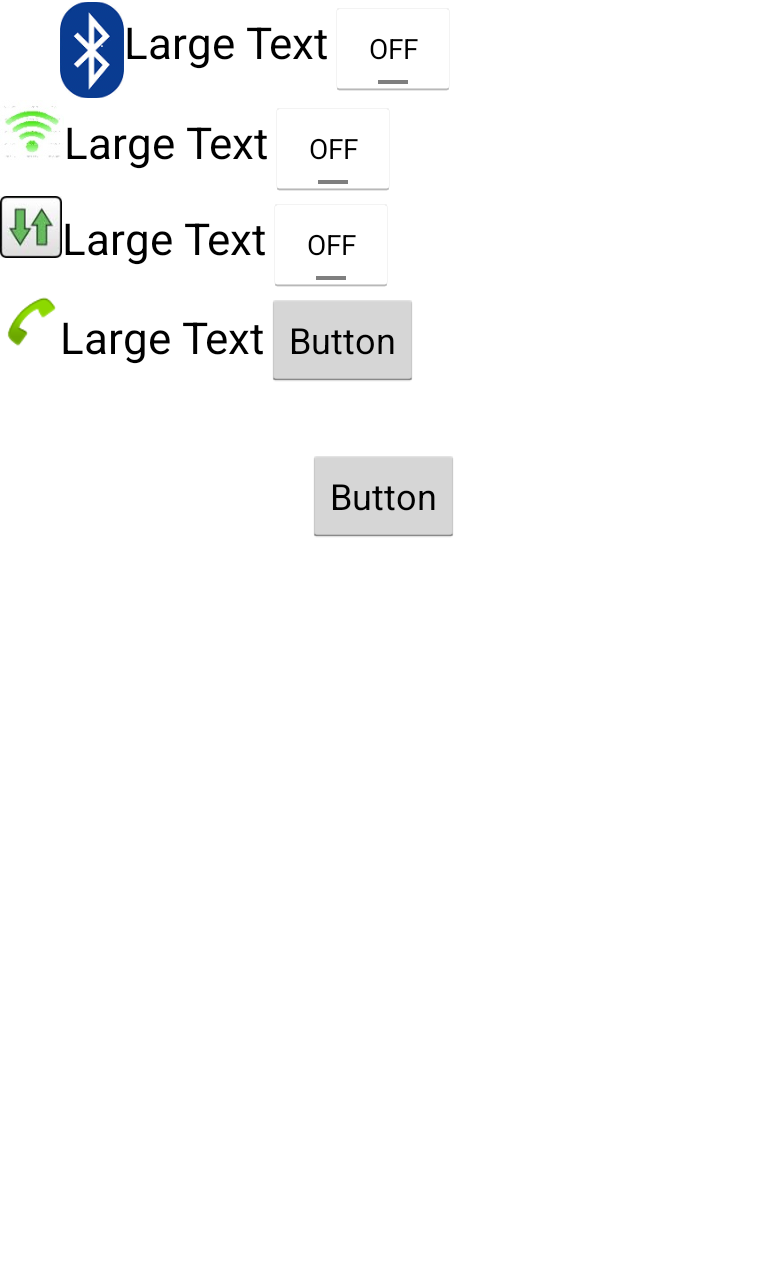
Repository: born2behappy18/meetingMiliue
Layout: MeetingMileu/res/layout/toggle.xml
These files come from the project's save history. The layout is drawn as it stood at one moment and after the next save; the edit follows.
It is drawn on a 768 x 1280 px phone screen (xhdpi) without system bars, with theme AppTheme; the app's code is not run.

Above is the layout before, as saved 2015-10-13 10:53:06.

### MeetingMileu/res/layout/toggle.xml
<?xml version="1.0" encoding="utf-8"?>
<LinearLayout xmlns:android="http://schemas.android.com/apk/res/android"
    android:layout_width="match_parent"
    android:layout_height="match_parent"
    android:orientation="vertical" >

<LinearLayout
    android:layout_width="fill_parent"
    android:layout_height="wrap_content"
    android:orientation="horizontal" >

    <ImageView
        android:id="@+id/imageView2"
        android:layout_width="32dp"
        android:layout_height="50dp"
        android:src="@drawable/bluetooth"
        android:layout_marginLeft="30dp" />

    <TextView
        android:id="@+id/textView1"
        android:layout_width="wrap_content"
        android:layout_height="wrap_content"
        android:text="Large Text"
        android:textAppearance="?android:attr/textAppearanceLarge" />

    <ToggleButton
        android:id="@+id/toggleButton1"
        android:layout_width="wrap_content"
        android:layout_height="wrap_content"
        android:text="ToggleButton" />
</LinearLayout>
<LinearLayout
    android:layout_width="match_parent"
    android:layout_height="wrap_content"
    android:orientation="horizontal" >

    <ImageView
        android:id="@+id/imageView3"
        android:layout_width="32dp"
        android:layout_height="30dp"
        android:src="@drawable/wifi" />

    <TextView
        android:id="@+id/textView2"
        android:layout_width="wrap_content"
        android:layout_height="wrap_content"
        android:text="Large Text"
        android:textAppearance="?android:attr/textAppearanceLarge" />

    <ToggleButton
        android:id="@+id/toggleButton2"
        android:layout_width="wrap_content"
        android:layout_height="wrap_content"
        android:text="ToggleButton" />
</LinearLayout>
<LinearLayout
    android:layout_width="match_parent"
    android:layout_height="wrap_content"
    android:orientation="horizontal" >

    <ImageView
        android:id="@+id/imageView4"
        android:layout_width="31dp"
        android:layout_height="31dp"
        android:src="@drawable/mobiledata" />

    <TextView
        android:id="@+id/textView4"
        android:layout_width="wrap_content"
        android:layout_height="wrap_content"
        android:text="Large Text"
        android:textAppearance="?android:attr/textAppearanceLarge" />

    <ToggleButton
        android:id="@+id/toggleButton3"
        android:layout_width="wrap_content"
        android:layout_height="wrap_content"
        android:text="ToggleButton" />
</LinearLayout>
<LinearLayout
    android:layout_width="match_parent"
    android:layout_height="wrap_content"
    android:orientation="horizontal" >

    <ImageView
        android:id="@+id/imageView1"
        android:layout_width="wrap_content"
        android:layout_height="wrap_content"
        android:src="@android:drawable/sym_action_call" />

    <TextView
        android:id="@+id/textView3"
        android:layout_width="wrap_content"
        android:layout_height="wrap_content"
        android:text="Large Text"
        android:textAppearance="?android:attr/textAppearanceLarge" />

    <Button
        android:id="@+id/button1"
        android:layout_width="wrap_content"
        android:layout_height="wrap_content"
        android:text="Button" />
</LinearLayout>
    <Button
        android:id="@+id/button5"
        android:layout_width="wrap_content"
        android:layout_height="wrap_content"
        android:text="Button"
        android:layout_gravity="center_horizontal"
        android:layout_marginTop="30dp" />

</LinearLayout>

Loaded but not shown: MeetingMileu/res/values/styles.xml (common file); MeetingMileu/res/values-v11/styles.xml (common file); MeetingMileu/res/values-v14/styles.xml (common file)

After the next save:
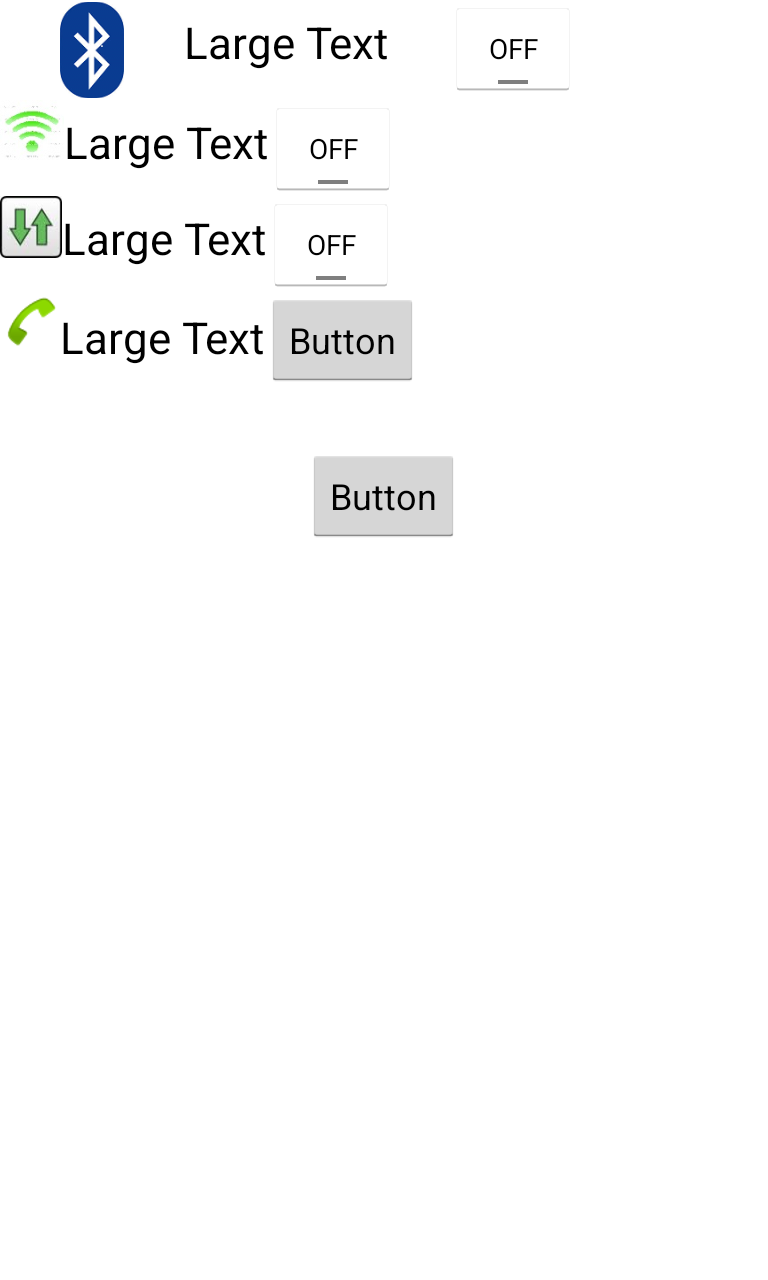
Saved 21 s later.
--- a/MeetingMileu/res/layout/toggle.xml
+++ b/MeetingMileu/res/layout/toggle.xml
@@ -21,13 +21,15 @@
         android:layout_width="wrap_content"
         android:layout_height="wrap_content"
         android:text="Large Text"
+        android:layout_marginLeft="30dp"
         android:textAppearance="?android:attr/textAppearanceLarge" />
 
     <ToggleButton
         android:id="@+id/toggleButton1"
         android:layout_width="wrap_content"
         android:layout_height="wrap_content"
-        android:text="ToggleButton" />
+        android:text="ToggleButton"
+        android:layout_marginLeft="30dp"/>
 </LinearLayout>
 <LinearLayout
     android:layout_width="match_parent"
